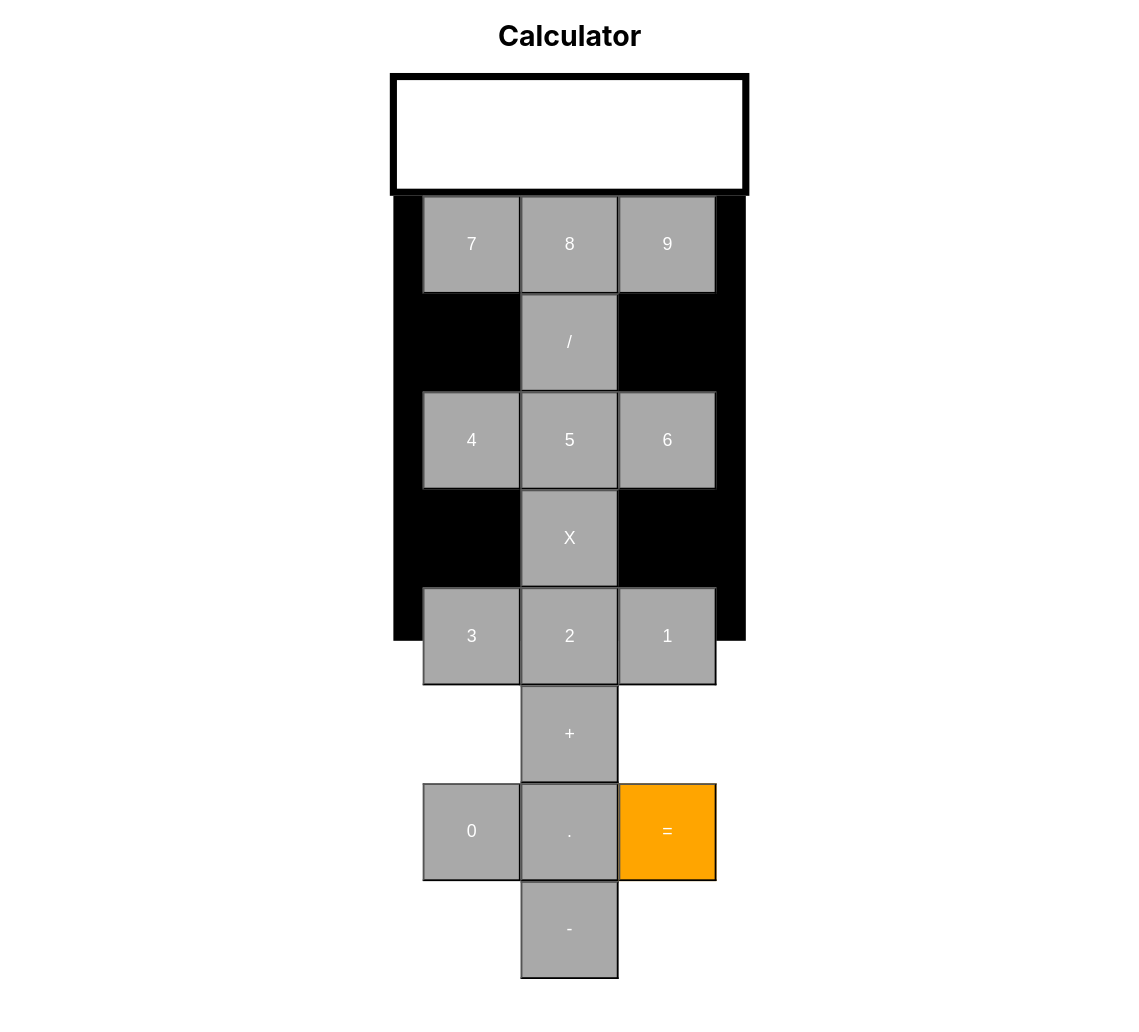
Repository: punitbathija/Placement-Assitance-iNeuron
Page: / (app in React/calculator/)
An editor plug-in stored every save of this project. The page is shown before and after a run of saves, followed by the edit.
The browser window is 1280 px wide. The pictures show the whole page, at 89% of full size.
The project was rebuilt for these pictures with package versions that can differ from the ones it lists, and the page was loaded fresh each time.

Above is the page before, as saved 2023-06-05 16:28:55.

After the next 2 saves:
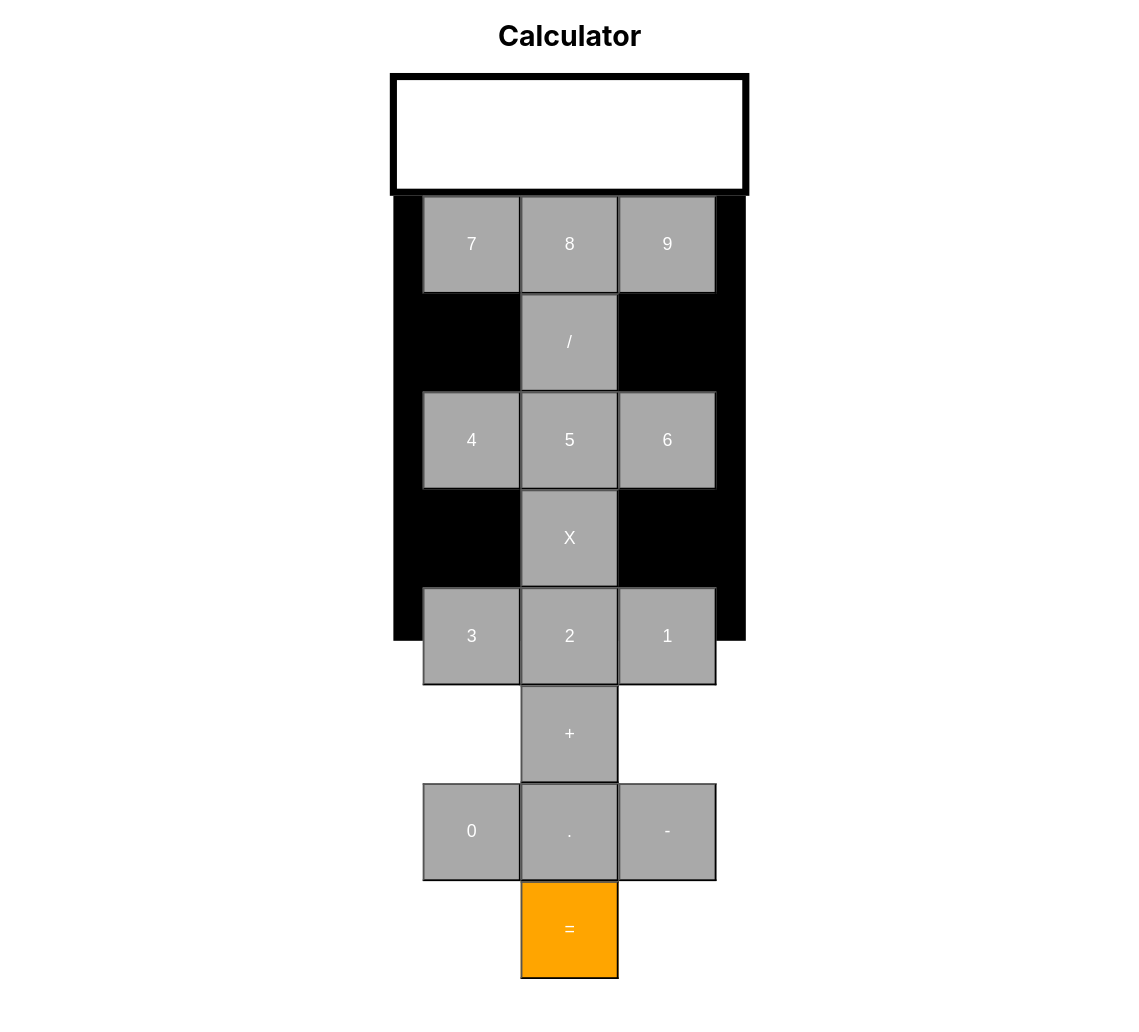
The 2 saves are shown as one change because they came seconds apart.
The last was saved 15 s later.
--- a/React/calculator/src/Calculator.jsx
+++ b/React/calculator/src/Calculator.jsx
@@ -80,11 +80,11 @@ const Calculator = () => {
           <button className="btn" onClick={() => handleButtonClick(".")}>
             .
           </button>
+          <button className="btn" onClick={() => handleButtonClick("-")}>
+            -
+          </button>
           <button className="btn equal" onClick={calculateResult}>
             =
-          </button>
-          <button className="btn" onClick={() => handleButtonClick("-")}>
-            -
           </button>
         </div>
         <h1>| |....CASIO....| |</h1>
